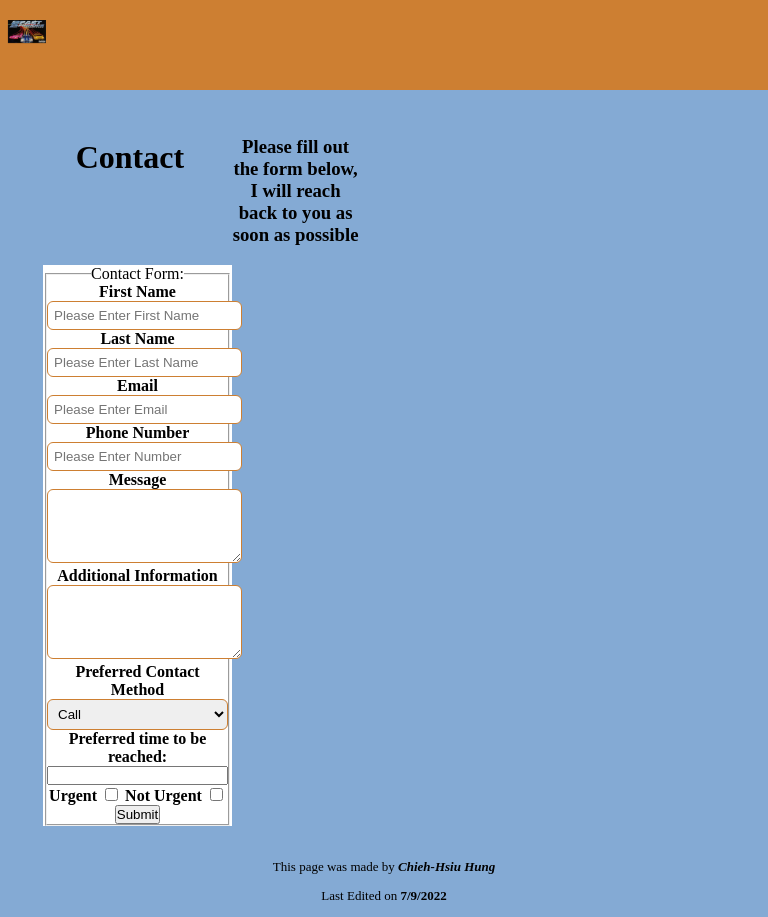
Repository: Chieh0501/fa22-cse110-lab3
Page: contacts.html
These files come from the project's save history. The page is drawn as it stood at one moment and after the next save; the edit follows.
The browser window is 768 px wide. The pictures show the whole page.

Above is the page before, as saved 2022-10-15 14:09:06.

After the next save:
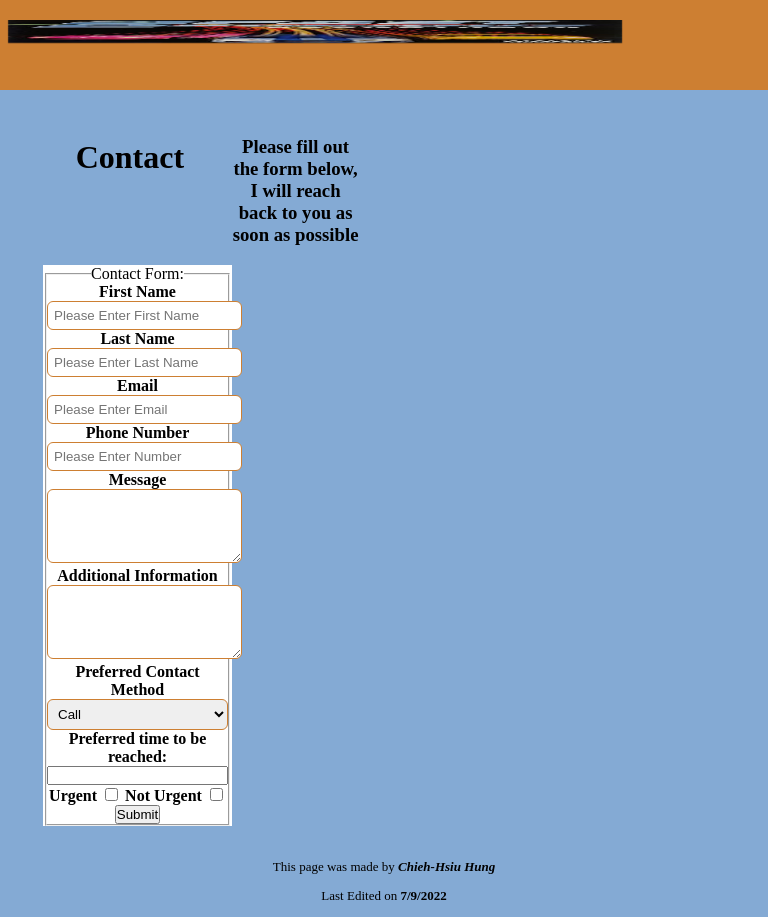
Saved 14 s later.
--- a/styles/main.css
+++ b/styles/main.css
@@ -272,7 +272,6 @@
   }
   img#logo {
     position: fixed;
-    width: 5vw;
   }
 }
 /* a:link { color: #3366BB; }
